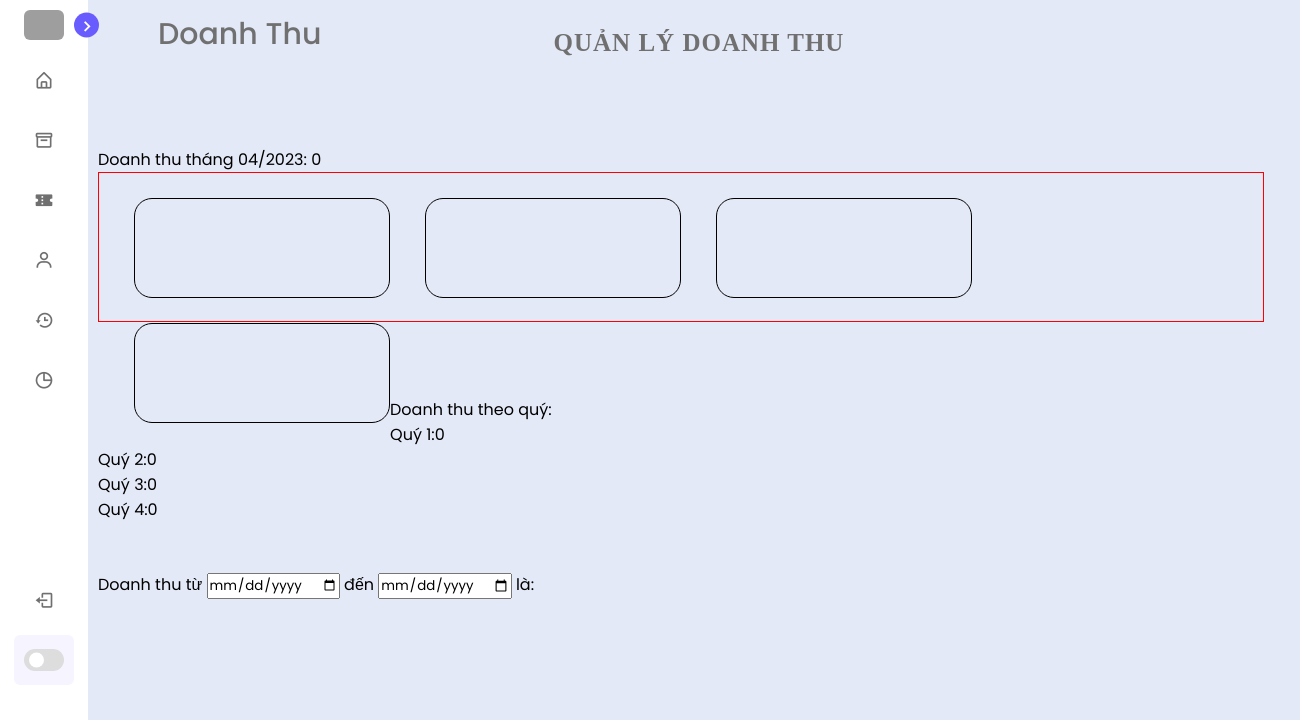
Repository: JeffDaveHudson/CapstoneProject
Page: http://localhost/CapstoneProject/revenue
An editor plug-in stored every save of this project. The page is shown before and after the next save, followed by the edit.
The browser window is 1280 px wide. The page is 1300 px wide, so the pictures cover 1300 px, including what lies to the right of the window. The pictures show the whole page.
Pictures or frames that could not be fetched are drawn as grey boxes. The page is served by Tomcat 9. Queries for data that is not in the repository find no rows.

Above is the page before, as saved 2023-06-14 03:34:55.

After the next save:
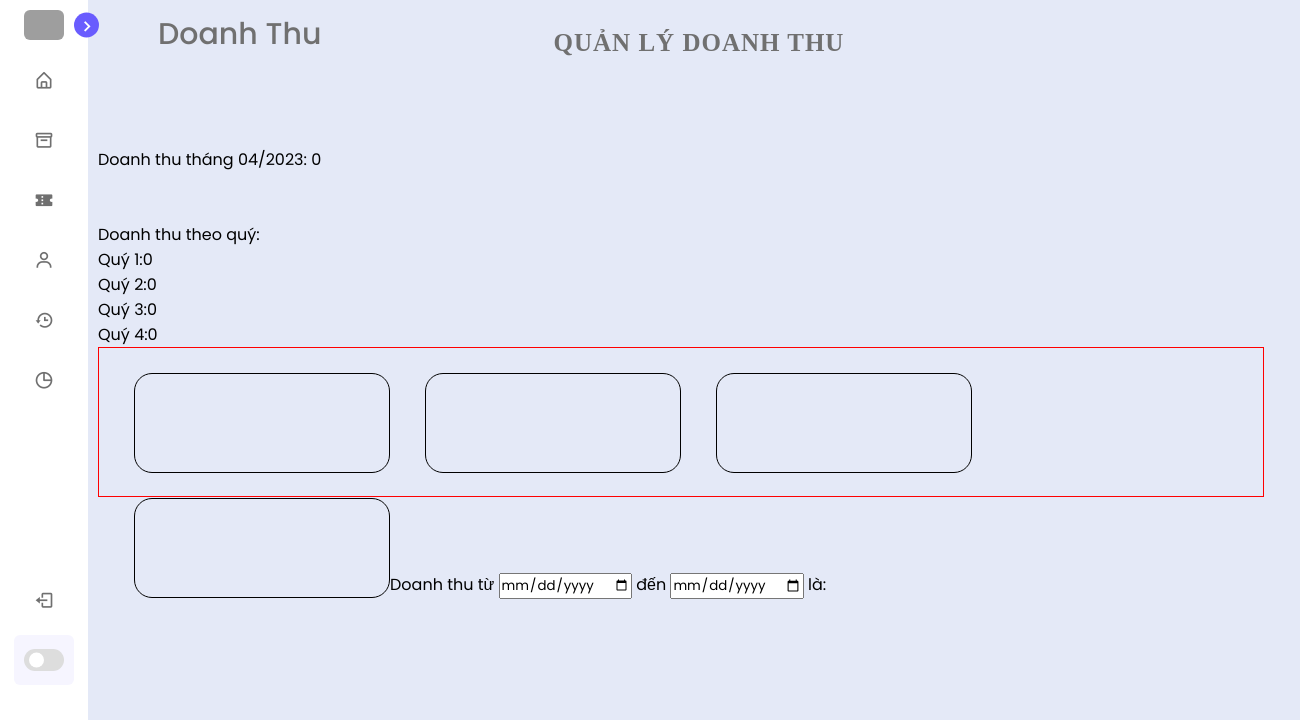
Saved 32 s later.
--- a/CapstoneProject/src/main/webapp/admin/Revenue.jsp
+++ b/CapstoneProject/src/main/webapp/admin/Revenue.jsp
@@ -53,7 +53,15 @@
 		 	String date = dtf.format(now).toString(); %>
         Doanh thu tháng <%=date %>:   ${revenueByMonth }
 
-        <div class = "div">
+
+        <br> <br> <br>
+
+        Doanh thu theo quý: <br>
+        Quý 1:${quarter1 } <br>
+        Quý 2:${quarter2 } <br>
+        Quý 3:${quarter3 } <br>
+        Quý 4:${quarter4 }
+         <div class = "div">
         	<div class="div1">
 
 	        </div>
@@ -67,13 +75,6 @@
 
 	        </div>
         </div>
-        <br> <br> <br>
-
-        Doanh thu theo quý: <br>
-        Quý 1:${quarter1 } <br>
-        Quý 2:${quarter2 } <br>
-        Quý 3:${quarter3 } <br>
-        Quý 4:${quarter4 }
 
         <br> <br> <br>
         <form action="revenuebetween2times">
